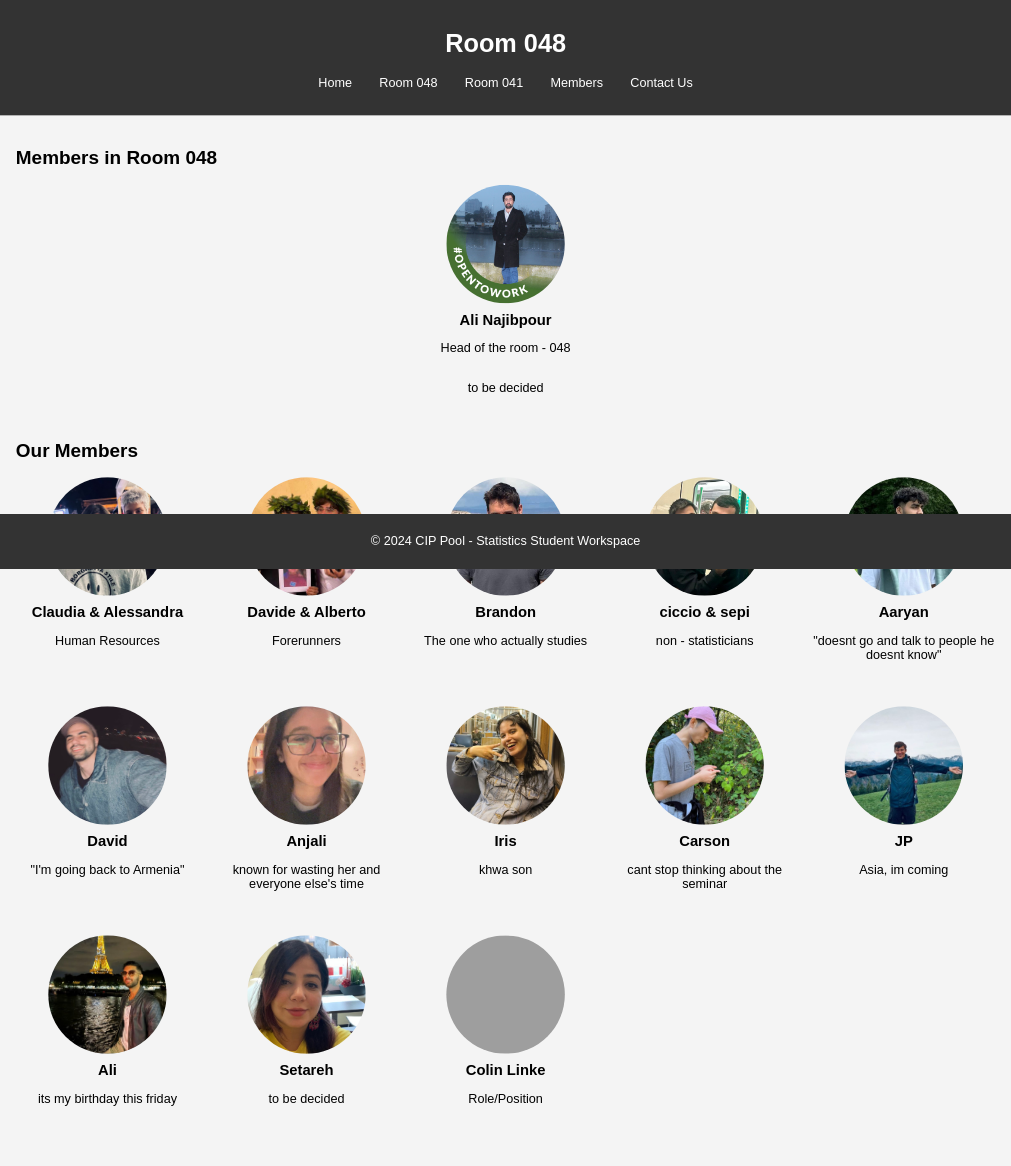
Repository: anjalisarawgi/cip_website
Page: room_048.html
An editor plug-in stored every save of this project. The page is shown before and after the next save, followed by the edit.
The browser window is 1280 px wide. The pictures show the whole page, at 79% of full size.
Pictures or frames that could not be fetched are drawn as grey boxes.

Above is the page before, as saved 2024-06-14 14:52:52.

### room_048.html
<!DOCTYPE html>
<html lang="en">
<head>
    <meta charset="UTF-8">
    <meta name="viewport" content="width=device-width, initial-scale=1.0">
    <title>Room 048 - CIP Pool</title>
    <link rel="stylesheet" href="styles.css">
</head>
<body>
    <header>
        <h1>Room 048</h1>
        <nav>
            <ul>
                <li><a href="index.html">Home</a></li>
                <li><a href="room_048.html">Room 048</a></li>
                <li><a href="room_041.html">Room 041</a></li>
                <li><a href="members.html">Members</a></li>
                <li><a href="contact.html">Contact Us</a></li>
            </ul>
        </nav>
    </header>
    <main>
        <section>
            <h2>Members in Room 048</h2>
            <div class="members-grid">
                <div class="member">
                    <img src="images/ali.jpeg" alt="Ali Najibpour" class="member-photo">
                    <div class="member-info">
                        <h3>Ali Najibpour</h3>
                        <p>Head of the room - 048</p>
                        <p>to be decided</p>
                        <!-- <p>Ali Najibpour hails from the beautiful country of Iran. Known for his dedication and passion, Ali leads our CIP pool with a blend of expertise and enthusiasm. Despite his busy schedule, he always finds time to unwind by watching his favorite movies on repeat. Whether it's a classic Iranian film or a popular blockbuster, Ali's love for movies is a testament to his appreciation for storytelling and culture.</p> -->
                    </div>
                </div>
            </div>
        </section>
        <section>
            <h2>Our Members</h2>
            <div class="members-grid">
                <div class="member">
                    <img src="images/claudia_alessandra.jpeg" alt="Claudia & Alessandra" class="member-photo">
                    <div class="member-info">
                        <h3>Claudia & Alessandra</h3>
                        <p>Human Resources</p>
                    </div>
                </div>
                <div class="member">
                    <img src="images/davide_alberto.jpeg" alt="Davide & Alberto" class="member-photo">
                    <div class="member-info">
                        <h3>Davide & Alberto</h3>
                        <p>Forerunners</p>
                    </div>
                </div>
                <div class="member">
                    <img src="images/brandon.jpeg" alt="Brandon" class="member-photo">
                    <div class="member-info">
                        <h3>Brandon</h3>
                        <p>The one who actually studies</p>
                    </div>
                </div>
                <div class="member">
                    <img src="images/francesco_giuseppe.jpeg" alt="Francesco & Giuseppe" class="member-photo">
                    <div class="member-info">
                        <h3>ciccio & sepi</h3>
                        <!-- <p><em>ciccio & sepi</em></p> -->
                        <p>non - statisticians </p>
                    </div>
                </div>
                <div class="member">
                    <img src="images/aaryan.jpg" alt="aaryan" class="member-photo">
                    <div class="member-info">
                        <h3>Aaryan</h3>
                        <p>"doesnt go and talk to people he doesnt know"</p>
                    </div>
                </div>
                <div class="member">
                    <img src="images/david.jpg" alt="david" class="member-photo">
                    <div class="member-info">
                        <h3>David</h3>
                        <p>"I'm going back to Armenia"</p>
                    </div>
                </div>
                <div class="member">
                    <img src="images/anjali.jpeg" alt="anjali" class="member-photo">
                    <div class="member-info">
                        <h3>Anjali</h3>
                        <p>known for wasting her and everyone else's time</p>
                    </div>
                </div>
                <div class="member">
                    <img src="images/iris.jpg" alt="iris" class="member-photo">
                    <div class="member-info">
                        <h3>Iris</h3>
                        <p>khwa son</p>
                    </div>
                </div>
                <div class="member">
                    <img src="images/carson.jpg" alt="carson" class="member-photo">
                    <div class="member-info">
                        <h3>Carson</h3>
                        <p>cant stop thinking about the seminar</p>
                    </div>
                </div>
                <div class="member">
                    <img src="images/jp.jpg" alt="jp" class="member-photo">
                    <div class="member-info">
                        <h3>JP</h3>
                        <p>Asia, im coming</p>
                    </div>
                </div>
                <div class="member">
                    <img src="images/ali_parker.jpg" alt="ali_parker" class="member-photo">
                    <div class="member-info">
                        <h3>Ali</h3>
                        <p>its my birthday this friday</p>
                    </div>
                </div>
                <div class="member">
                    <img src="images/setareh.jpg" alt="setareh" class="member-photo">
                    <div class="member-info">
                        <h3>Setareh</h3>
                        <p>to be decided</p>
                    </div>
                </div>
                <div class="member">
                    <img src="images/member5.jpeg" alt="Member 5" class="member-photo">
                    <div class="member-info">
                        <h3>Colin Linke</h3>
                        <p>Role/Position</p>
                    </div>
                </div>
            </div>
        </section>
    </main>
    <footer>
        <p>&copy; 2024 CIP Pool - Statistics Student Workspace</p>
    </footer>
</body>
</html>

### styles.css
body {
    font-family: Arial, sans-serif;
    margin: 0;
    padding: 0;
    background-color: #f4f4f4;
}

header {
    background-color: #333;
    color: white;
    padding: 1em 0;
    text-align: center;
}

nav ul {
    list-style-type: none;
    padding: 0;
}

nav ul li {
    display: inline;
    margin: 0 15px;
}

nav ul li a {
    color: white;
    text-decoration: none;
}

main {
    padding: 20px;
}

footer {
    background-color: #333;
    color: white;
    text-align: center;
    padding: 10px 0;
    position: fixed;
    bottom: 0;
    width: 100%;
}

section {
    margin-bottom: 20px;
}

.member {
    display: flex;
    align-items: center;
    margin-bottom: 20px;
}

.member-photo {
    border-radius: 50%;
    width: 150px;
    height: 150px;
    object-fit: cover;
    margin-bottom: 10px;
}


.member-info {
    display: flex;
    flex-direction: column;
}

.member-info h3 {
    margin: 0;
}

.members-grid {
    display: grid;
    grid-template-columns: repeat(auto-fit, minmax(200px, 1fr));
    gap: 20px;
}

.members-grid .member {
    flex-direction: column;
    align-items: center;
    text-align: center;
}

.members-grid .member-photo {
    width: 150px;
    height: 150px;
    margin-bottom: 10px;
}

.members-grid .member-info {
    align-items: center;
}

After the next save:
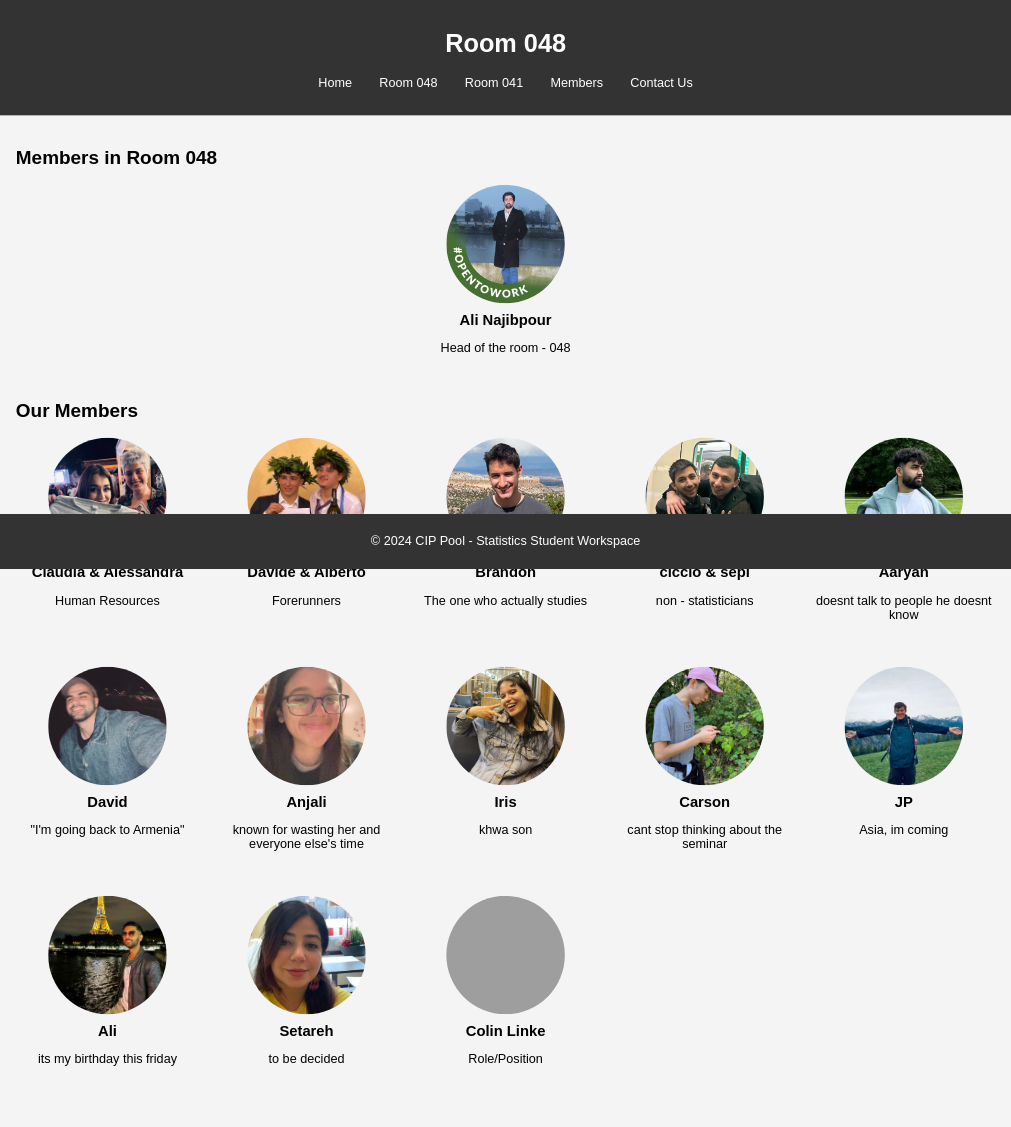
Saved 3 h 48 min later.
--- a/room_048.html
+++ b/room_048.html
@@ -28,7 +28,7 @@
                     <div class="member-info">
                         <h3>Ali Najibpour</h3>
                         <p>Head of the room - 048</p>
-                        <p>to be decided</p>
+                        <!-- <p>to be decided</p> -->
                         <!-- <p>Ali Najibpour hails from the beautiful country of Iran. Known for his dedication and passion, Ali leads our CIP pool with a blend of expertise and enthusiasm. Despite his busy schedule, he always finds time to unwind by watching his favorite movies on repeat. Whether it's a classic Iranian film or a popular blockbuster, Ali's love for movies is a testament to his appreciation for storytelling and culture.</p> -->
                     </div>
                 </div>
@@ -70,7 +70,7 @@
                     <img src="images/aaryan.jpg" alt="aaryan" class="member-photo">
                     <div class="member-info">
                         <h3>Aaryan</h3>
-                        <p>"doesnt go and talk to people he doesnt know"</p>
+                        <p>doesnt talk to people he doesnt know</p>
                     </div>
                 </div>
                 <div class="member">
